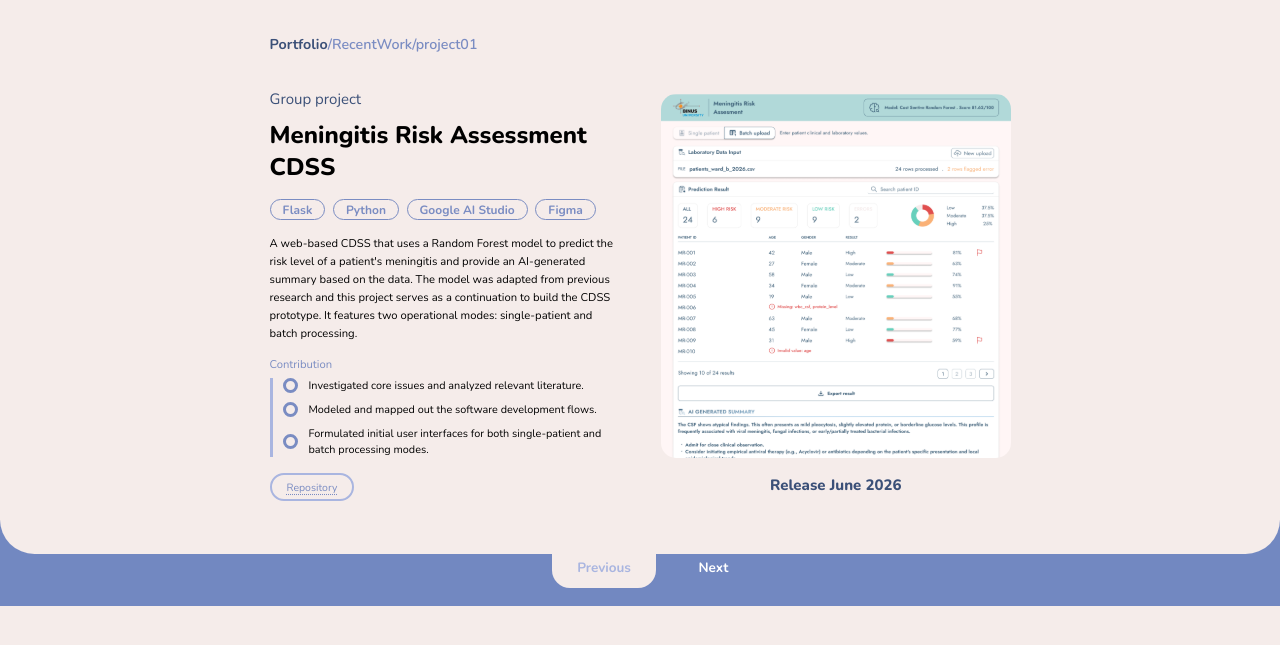
Repository: L-vy/L-vy
Page: /recentworks/project01
These files come from the project's save history. The page is drawn as it stood at one moment and after the next save; the edit follows.
The browser window is 1280 px wide. The pictures show the whole page.
Some web fonts or font styles are not loaded; a fallback is used. The project was rebuilt for these pictures with package versions that can differ from the ones it lists, and the page was loaded fresh each time. Also part of the build but not shown: vite.config.ts, src/components/Icon.tsx, src/data/site.ts, src/components/useGoTo.ts, src/components/Navbar.tsx, src/components/Hero.tsx, src/components/Reveal.tsx, src/components/Skills.tsx and 9 more.

Above is the page before, as saved 2026-10-07 19:52:44.

### index.html
<!doctype html>
<html lang="en">
  <head>
    <meta charset="UTF-8" />
    <meta name="viewport" content="width=device-width, initial-scale=1.0" />
    <meta name="description" content="Portfolio of Latasha Ivy Khoe, Computer Science student specializing in Cloud Technology, UI/UX design and full-stack development." />
    <meta name="theme-color" content="#7288c1" />
    <link rel="icon" href="/images/ivy-logo.svg" />
    <link rel="preconnect" href="https://fonts.googleapis.com" />
    <link rel="preconnect" href="https://fonts.gstatic.com" crossorigin />
    <link href="https://fonts.googleapis.com/css2?family=Nunito:ital,wght@0,400;0,600;0,700;0,800;1,400&family=Playwrite+US+Modern:wght@100..400&display=swap" rel="stylesheet" />
    <title>Latasha Ivy Khoe | Portfolio</title>
  </head>
  <body>
    <div id="root"></div>
    <script type="module" src="/src/main.tsx"></script>
  </body>
</html>

### src/main.tsx
import { StrictMode } from 'react'
import { createRoot } from 'react-dom/client'
import App from './App'
import './styles.css'
createRoot(document.getElementById('root')!).render(<StrictMode><App /></StrictMode>)

### src/App.tsx
import { BrowserRouter, Route, Routes } from 'react-router-dom'
import Home from './pages/Home'
import ProjectDetails from './pages/ProjectDetails'
import CursorCircle from './components/CursorCircle'
export default function App() {
  return (
    <BrowserRouter>
      <CursorCircle />
      <Routes>
        <Route path="/" element={<Home />} />
        <Route path="/recentworks/:id" element={<ProjectDetails />} />
        <Route path="*" element={<Home />} />
      </Routes>
    </BrowserRouter>
  )
}

### src/pages/ProjectDetails.tsx
import { useEffect } from 'react'
import { Link, Navigate, useNavigate, useParams } from 'react-router-dom'
import { projects } from '../data/projects'
export default function ProjectDetails() {
  const { id } = useParams(); const nav = useNavigate()
  const i = projects.findIndex(p => p.id === id)
  useEffect(() => { window.scrollTo(0, 0) }, [id])
  if (i < 0) return <Navigate to="/" replace />
  const p = projects[i], prev = projects[i - 1], next = projects[i + 1]
  return (<>
    <main className="page detail">
      <p className="path">
        <button className="crumb" onClick={() => nav('/', { state: { scrollTo: 'recent-works' } })}><b>Portfolio</b>/RecentWork</button>/{p.id}
      </p>
      <div className="detail-grid">
        <div>
          <p className="meta">{p.type}</p>
          <h1 className="detail-title">{p.title}</h1>
          {/* <ul className="pills left">{p.categories.map(c => <li key={c} className="pill solid-outline">{c}</li>)}</ul>
          <p className="meta">{p.tools.join(' · ')} · {p.type}</p> */}
          <ul className="pills left" aria-label="Tools">{p.tools.map(t => <li key={t} className="pill solid-outline">{t}</li>)}</ul>
          <p className="lead sm">{p.description}</p>
          <h2 className="contrib">Contribution</h2>
          <ul className="contrib-list">{p.contributions.map(c => <li key={c}>{c}</li>)}</ul>
          <div className="detail-links">{p.links.map(l => <a key={l.label} className="pill link-dotted" href={l.url} target="_blank" rel="noreferrer">{l.label}</a>)}</div>
        </div>
        <figure className="proto">
          <img src={p.prototypeImage} alt={`${p.title} prototype`} />
          <figcaption>Release {p.releaseDate}</figcaption>
        </figure>
      </div>
    </main>
    <div className="pager">
      {prev ? <Link className="pager-btn prev" to={`/recentworks/${prev.id}`}>Previous</Link> : <span className="pager-btn prev off">Previous</span>}
      {next ? <Link className="pager-btn" to={`/recentworks/${next.id}`}>Next</Link> : <span className="pager-btn off">Next</span>}
    </div>
  </>)
}

### src/components/CursorCircle.tsx
import { useEffect, useRef } from 'react'
// Soft circle that follows the pointer and expands over buttons/links. Hidden on touch devices.
export default function CursorCircle() {
  const ref = useRef<HTMLDivElement>(null)
  useEffect(() => {
    if (!window.matchMedia('(hover: hover) and (pointer: fine)').matches) return
    const el = ref.current!
    const move = (e: MouseEvent) => {
      const over = (e.target as Element | null)?.closest('a,button,[data-cursor]')
      el.style.transform = `translate(${e.clientX}px,${e.clientY}px) translate(-50%,-50%) scale(${over ? 1 : 0})`
    }
    const leave = () => { el.style.transform = 'translate(-100px,-100px) scale(0)' }
    window.addEventListener('mousemove', move); document.addEventListener('mouseleave', leave)
    return () => { window.removeEventListener('mousemove', move); document.removeEventListener('mouseleave', leave) }
  }, [])
  return <div ref={ref} className="cursor-circle" aria-hidden="true" />
}

### src/data/projects.ts
export interface ProjectLink { label: string; url: string }
export interface Project {
  id: string; title: string; shortDescription: string; description: string
  image: string; prototypeImage: string; categories: string[]; tools: string[]; type: string
  links: ProjectLink[]; releaseDate: string; contributions: string[]
}
const img = (name: string) => `/images/projects/${name}.svg`
export const projects: Project[] = [
  {
    id: 'project01', title: 'Meningitis Risk Assessment CDSS',
    shortDescription: 'Clinical decision support for meningitis risk.',
    description: "A web-based CDSS that uses a Random Forest model to predict the risk level of a patient's meningitis and provide an AI-generated summary based on the data. The model was adapted from previous research and this project serves as a continuation to build the CDSS prototype. It features two operational modes: single-patient and batch processing.",
    image: img('cdss-meningitis'), prototypeImage: img('cdss-meningitis'), categories: ['Application Development', 'UI/UX'],
    tools: ['Flask', 'Python', 'Google AI Studio', 'Figma'], type: 'Group project',
    links: [{ label: 'Repository', url: 'https://github.com/chrysan95/meningitis_risk_assessment' }], releaseDate: 'June 2026',
    contributions: ['Investigated core issues and analyzed relevant literature.', 'Modeled and mapped out the software development flows.', 'Formulated initial user interfaces for both single-patient and batch processing modes.'],
  },
  {
    id: 'project02', title: 'Klerve', shortDescription: 'Haptic pen and AI app that helps people with ADHD regain focus.',
    description: "This project, which started as an ideation, is designed to help individuals with ADHD or focus difficulties by using a haptic pen connected to an app. The AI-based system tracks body and eye movements, then provides vibration alerts that help users regain focus. It aligns with Google.org's focus on education while implementing human-centered AI technology.",
    image: img('klerve'), prototypeImage: img('klerve'), categories: ['UI/UX'], tools: ['Figma'], type: 'Group project',
    links: [{ label: 'Proposal', url: 'https://drive.google.com/file/d/1Z4kwclvYXWxlEG2Ly2cNN0OCXOssgMGx/view?usp=sharing' }, { label: 'Video', url: 'https://youtu.be/0q1nO0iuCGU?si=mCvCKTX16-4OYDPh' }],
    releaseDate: 'March 2026',
    contributions: ['Researched target user needs and primary focus challenges.', 'Structured and designed the proposal layout for a highly readable review.', 'Assisted in designing initial interface concepts for the prototype app.'],
  },
  {
    id: 'project03', title: 'Ducky', shortDescription: 'Gamified flashcard app for smarter university studying.',
    description: 'Ducky is a gamified learning application made for university students who have trouble building a proper learning strategy. Built on a simple, memory-focused flashcard app, it makes studying more engaging and digestible in a shorter span of time. Each day presents a daily quest to unlock Ducky skins, completed by checking off to-do lists or earning XP in the training hall.',
    image: img('ducky'), prototypeImage: img('ducky'), categories: ['UI/UX'], tools: ['Figma'], type: 'Self-initiated project',
    links: [{ label: 'Prototype', url: 'https://www.figma.com/proto/vDHKPYqVWF5EF2O1UojpyD/Final-Project-UI-UX?node-id=77-3&p=f&viewport=-196%2C-27%2C0.02&t=XdKJMJBtwxoFTxZr-1&scaling=scale-down&content-scaling=fixed&starting-point-node-id=77%3A3&show-proto-sidebar=1&page-id=37%3A4298' }, { label: 'Overview', url: 'https://drive.google.com/file/d/1gh3WKY70dS-ZdYFia5I56Ok9MZQVw0ZY/view?usp=sharing' }],
    releaseDate: 'May 2025',
    contributions: ['Researched user needs through targeted surveys.', 'Designed interactive app prototype layouts.', 'Conducted app evaluations and user testing.', 'Structured the case study presentation and wireframes.'],
  },
  {
    id: 'project04', title: 'Perfect Farm', shortDescription: 'Marketplace for odd-looking produce to reduce food waste.',
    description: 'An online platform that enables farmers to sell odd-looking fruits and vegetables directly to consumers. These products are still fit for consumption but do not meet standard market appearances. The project aims to reduce food waste and give consumers affordable yet healthy diets, supporting UN Sustainable Development Goals 1, 2, and 10.',
    image: img('perfect-farm'), prototypeImage: img('perfect-farm'), categories: ['UI/UX'], tools: ['Figma'], type: 'Group project',
    links: [{ label: 'Prototype', url: 'https://www.figma.com/proto/0NArwISPxhp6qkAFpMuTFR/GoGlobal-Innovation?node-id=26-292&p=f&viewport=103%2C214%2C0.21&t=yB5uVCZkxzJckIVd-1&scaling=min-zoom&content-scaling=fixed&page-id=24%3A2' }, { label: 'Overview', url: 'https://canva.link/1w0f1v8fhv46lss' }],
    releaseDate: 'June 2025',
    contributions: ['Researched food waste relevancy across UK and SEA regions.', 'Formatted and structured the presentation layout.', 'Designed initial customer and farmer interface prototype layouts and app logo.'],
  },
]

Loaded but not shown: src/styles.css (160 lines, source omitted)

After the next save:
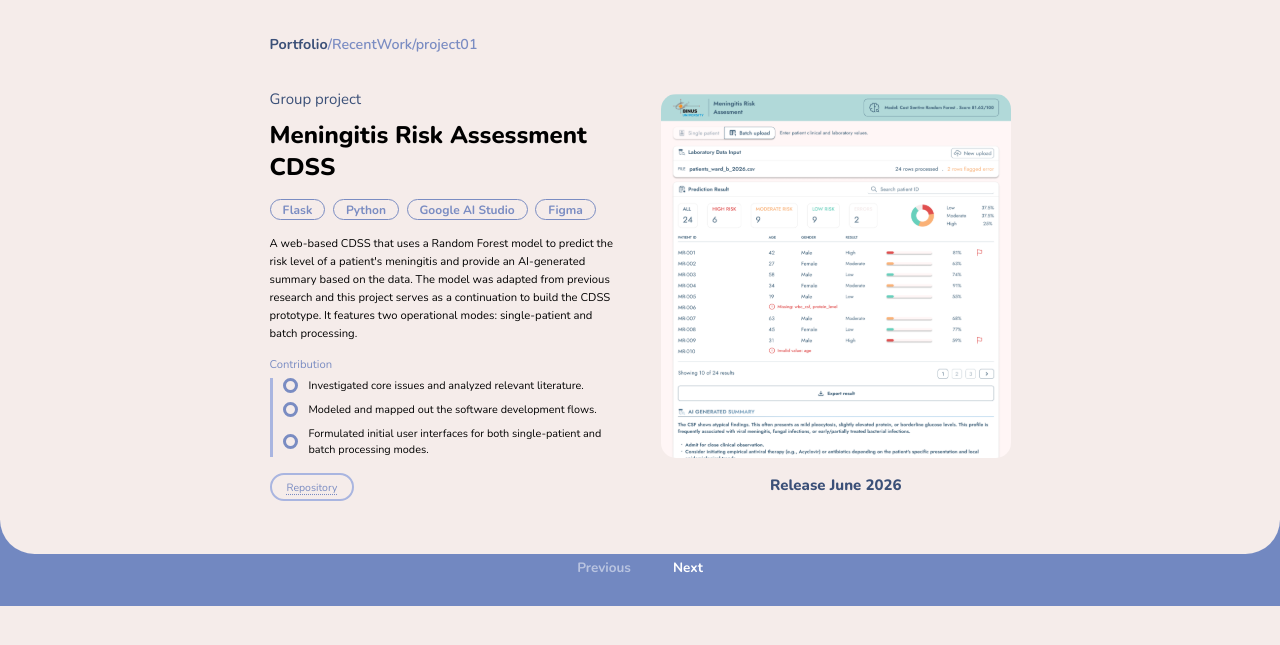
Saved 4 min 37 s later.
--- a/src/pages/ProjectDetails.tsx
+++ b/src/pages/ProjectDetails.tsx
@@ -7,6 +7,7 @@ export default function ProjectDetails() {
   useEffect(() => { window.scrollTo(0, 0) }, [id])
   if (i < 0) return <Navigate to="/" replace />
   const p = projects[i], prev = projects[i - 1], next = projects[i + 1]
+  const isLast = !next
   return (<>
     <main className="page detail">
       <p className="path">
@@ -31,8 +32,10 @@ export default function ProjectDetails() {
       </div>
     </main>
     <div className="pager">
-      {prev ? <Link className="pager-btn prev" to={`/recentworks/${prev.id}`}>Previous</Link> : <span className="pager-btn prev off">Previous</span>}
-      {next ? <Link className="pager-btn" to={`/recentworks/${next.id}`}>Next</Link> : <span className="pager-btn off">Next</span>}
+      {/* {prev ? <Link className="pager-btn prev" to={`/recentworks/${prev.id}`}>Previous</Link> : <span className="pager-btn prev off">Previous</span>}
+      {next ? <Link className="pager-btn" to={`/recentworks/${next.id}`}>Next</Link> : <span className="pager-btn off">Next</span>} */}
+      {prev ? <Link className={`pager-btn${isLast ? ' hang' : ''}`} to={`/recentworks/${prev.id}`}>Previous</Link> : <span className={`pager-btn off${isLast ? ' hang' : ''}`}>Previous</span>}
+      {next ? <Link className={`pager-btn${isLast ? '' : ' hang'}`} to={`/recentworks/${next.id}`}>Next</Link> : <span className={`pager-btn off${isLast ? '' : ' hang'}`}>Next</span>}
     </div>
   </>)
 }
